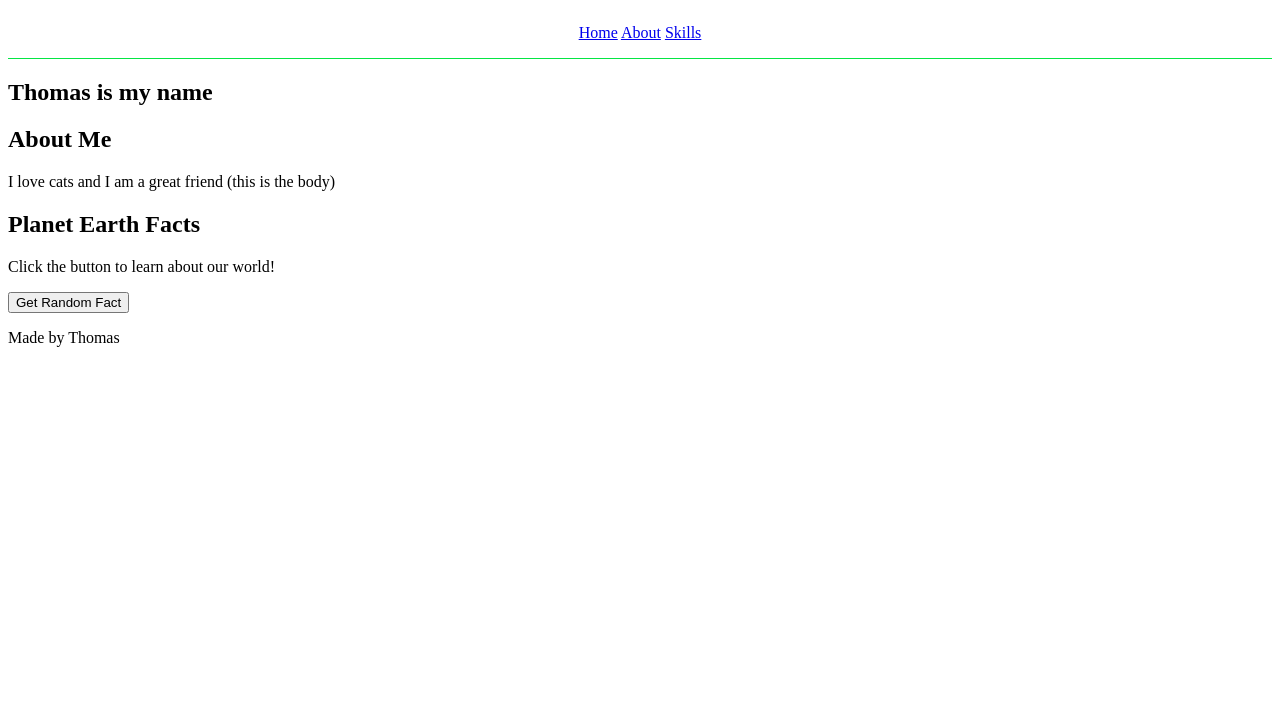
Repository: ofcoy/ofcoy
Page: index.html
These files come from the project's save history. The page is drawn as it stood at one moment and after the next save; the edit follows.
The browser window is 1280 px wide. The pictures show the whole page.

Above is the page before, as saved 2026-05-20 00:41:40.
Not found: global.css
Not found: imsotiredofcompsci.js

### index.html
<!doctype html>
<html lang="en">
  <head>
    <meta charset="UTF-8" />
    <title>Thomas - My Page</title>
    <link rel="stylesheet" href="global.css" />
    <link rel="stylesheet" href="index.css" />
  </head>
  <body>
    <header class="Nav-Bar">
      <nav>
        <a href="#home">Home</a>
        <a href="#about">About</a>
        <a href="#skills">Skills</a>
      </nav>
    </header>

    <main class="container">
      <section id="home">
        <h1>Thomas is my name</h1>
      </section>

      <section id="about">
        <h2>About Me</h2>
        <p>I love cats and I am a great friend (this is the body)</p>
      </section>

      <section id="skills">
        <h2>Planet Earth Facts</h2>
        <p id="fact-display">Click the button to learn about our world!</p>
        <button onclick="showFact()">Get Random Fact</button>
      </section>
    </main>

    <div class="footer">
      <p>Made by Thomas</p>
    </div>

    <script src="imsotiredofcompsci.js"></script>
  </body>
</html>

### Styles/Index.css
.Nav-Bar {
  display: flex;
  justify-content: center;
  gap: 3rem;
  padding: 1rem;
  border-bottom: 1px solid #04e644;
}
.section {  /*fill in these sections*/
}
.home {
}

After the next save:
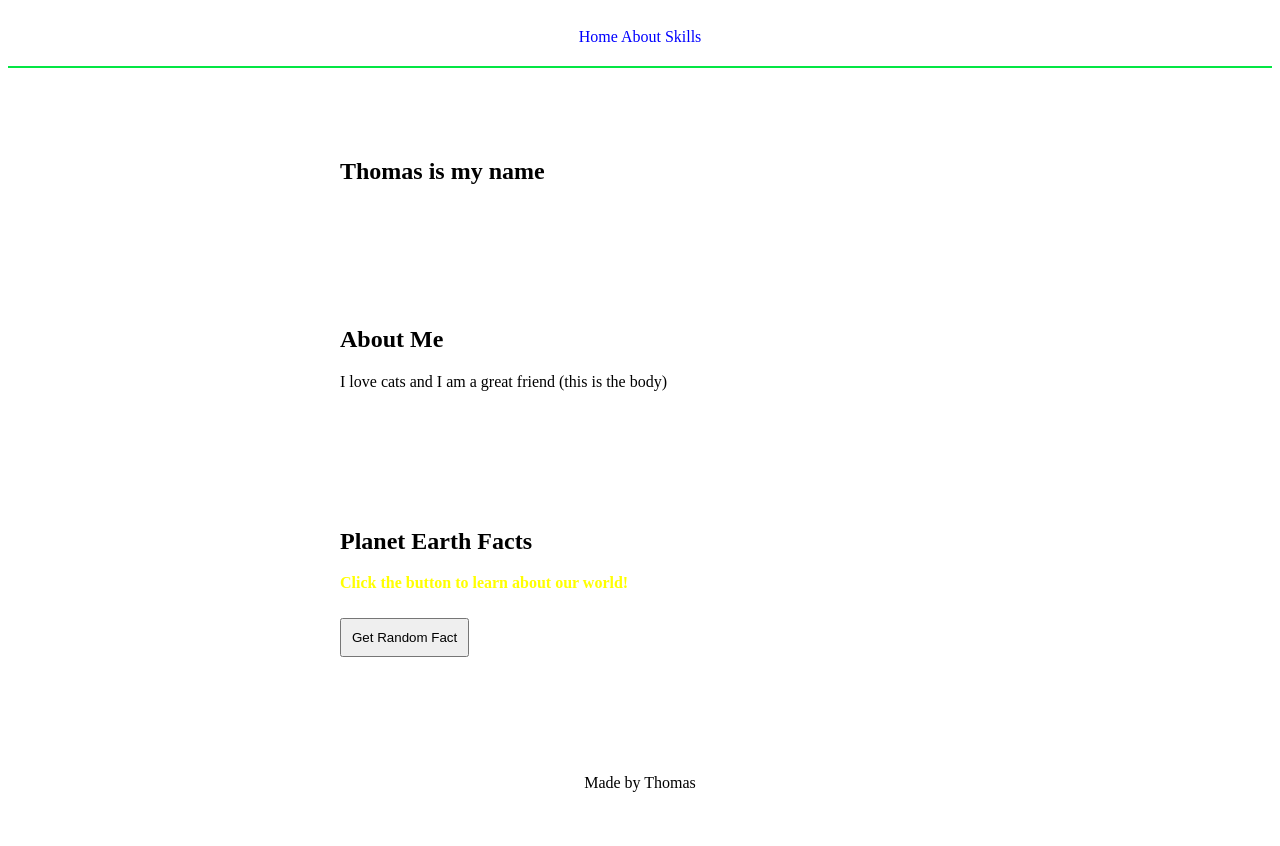
Saved 1 s later.
--- a/Styles/Index.css
+++ b/Styles/Index.css
@@ -2,10 +2,39 @@
   display: flex;
   justify-content: center;
   gap: 3rem;
-  padding: 1rem;
-  border-bottom: 1px solid #04e644;
+  padding: 20px;
+  border-bottom: 2px solid #04e644;
 }
-.section {  /*fill in these sections*/
+
+.Nav-Bar a {
+  color: blue;
+  text-decoration: none;
 }
-.home {
+
+.container {
+  display: grid;
+  max-width: 600px;
+  margin: auto;
+  padding: 20px;
 }
+
+section {
+  padding: 50px 0;
+  border-bottom: 1px solid white;
+}
+
+#fact-display {
+  font-weight: bold;
+  color: yellow;
+}
+
+button {
+  padding: 10px;
+  margin-top: 10px;
+  cursor: pointer;
+}
+
+.footer {
+  text-align: center;
+  padding: 30px;
+}
